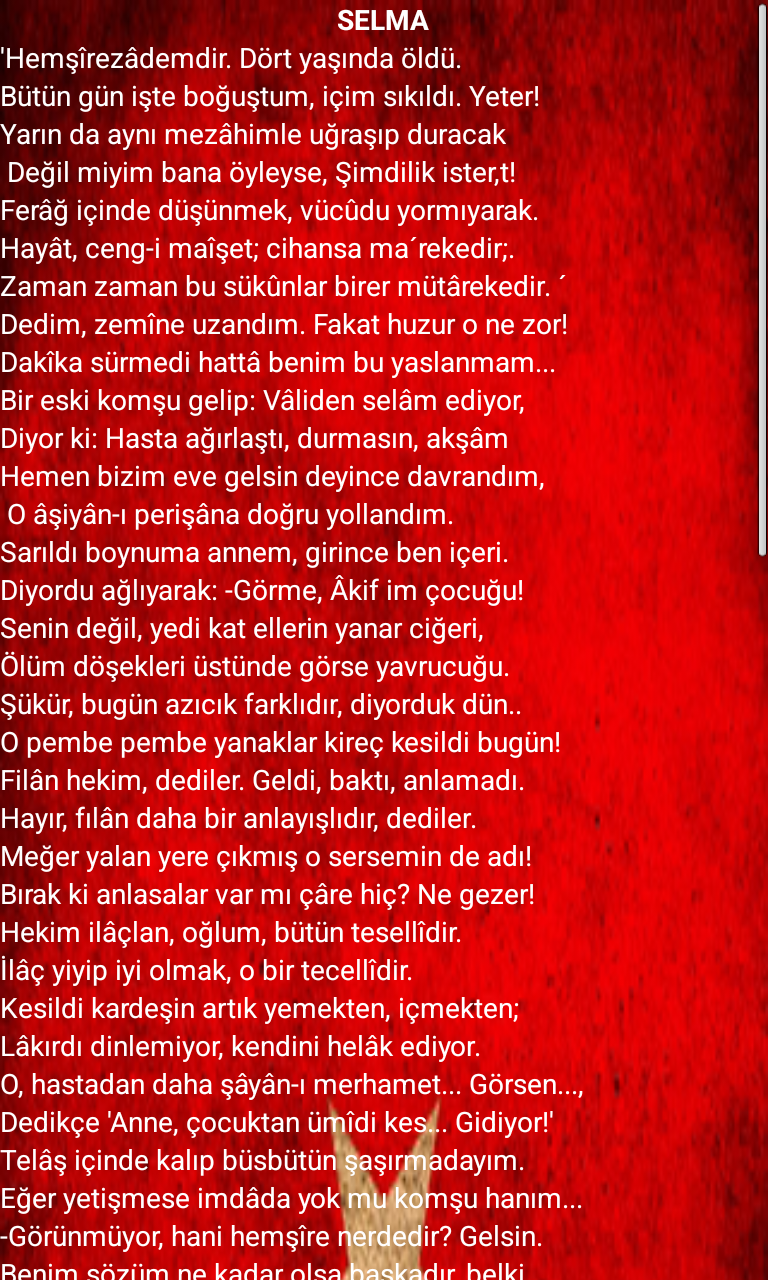
Repository: dokayazilim/Safahat-Android--Uygulamasi
Layout: safahat(android)/Safahat/res/layout/kitap12.xml
The author's editor kept a copy of each file at every save. The layout is drawn from the files as they stood at one save, then again after the next save.
It is drawn on a 768 x 1280 px phone screen (xhdpi) without system bars, with theme android:Theme; the app's code is not run.

Above is the layout before, as saved 2012-09-06 13:09:08.

After the next save:
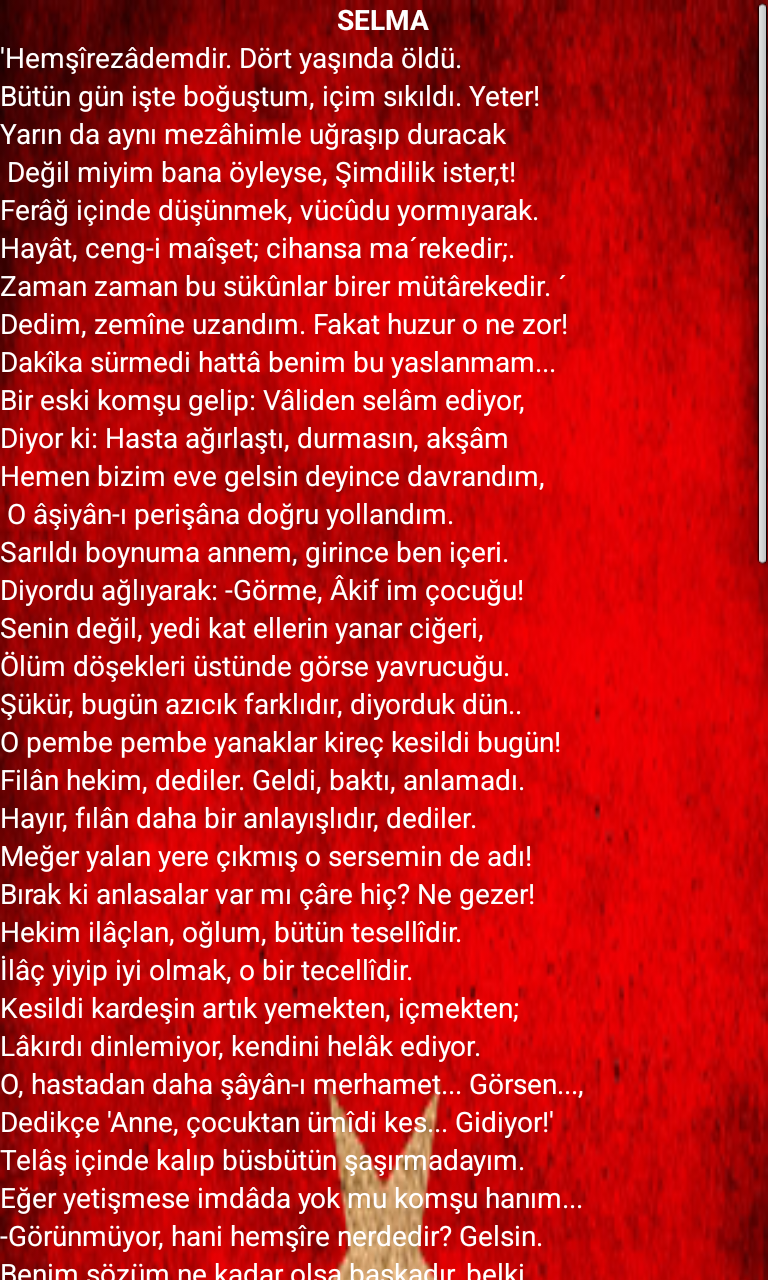
Saved 17 s later.
--- a/safahat(android)/Safahat/res/layout/kitap12.xml
+++ b/safahat(android)/Safahat/res/layout/kitap12.xml
@@ -400,14 +400,10 @@ Ne çâre, hükm-i kader âkıbet zuhûra gelir,
         android:layout_width="wrap_content"
         android:layout_height="wrap_content"
         android:text="Ne taş yüreklisiniz... Âh gitti evlâdım!..." android:textColor="#ffffff"/>
+
+
 <TextView
         android:id="@+id/textView76"
-        android:layout_width="wrap_content"
-        android:layout_height="wrap_content"
-        android:text="Ne oldu, hastaya bir şey mi oldu, anlamadım..." android:textColor="#ffffff"/>
-
-<TextView
-        android:id="@+id/textView77"
         android:layout_width="wrap_content"
         android:layout_height="wrap_content"
         android:text="Mehmet Akif ERSOY" android:textColor="#ffffff" android:textStyle="bold"/>
